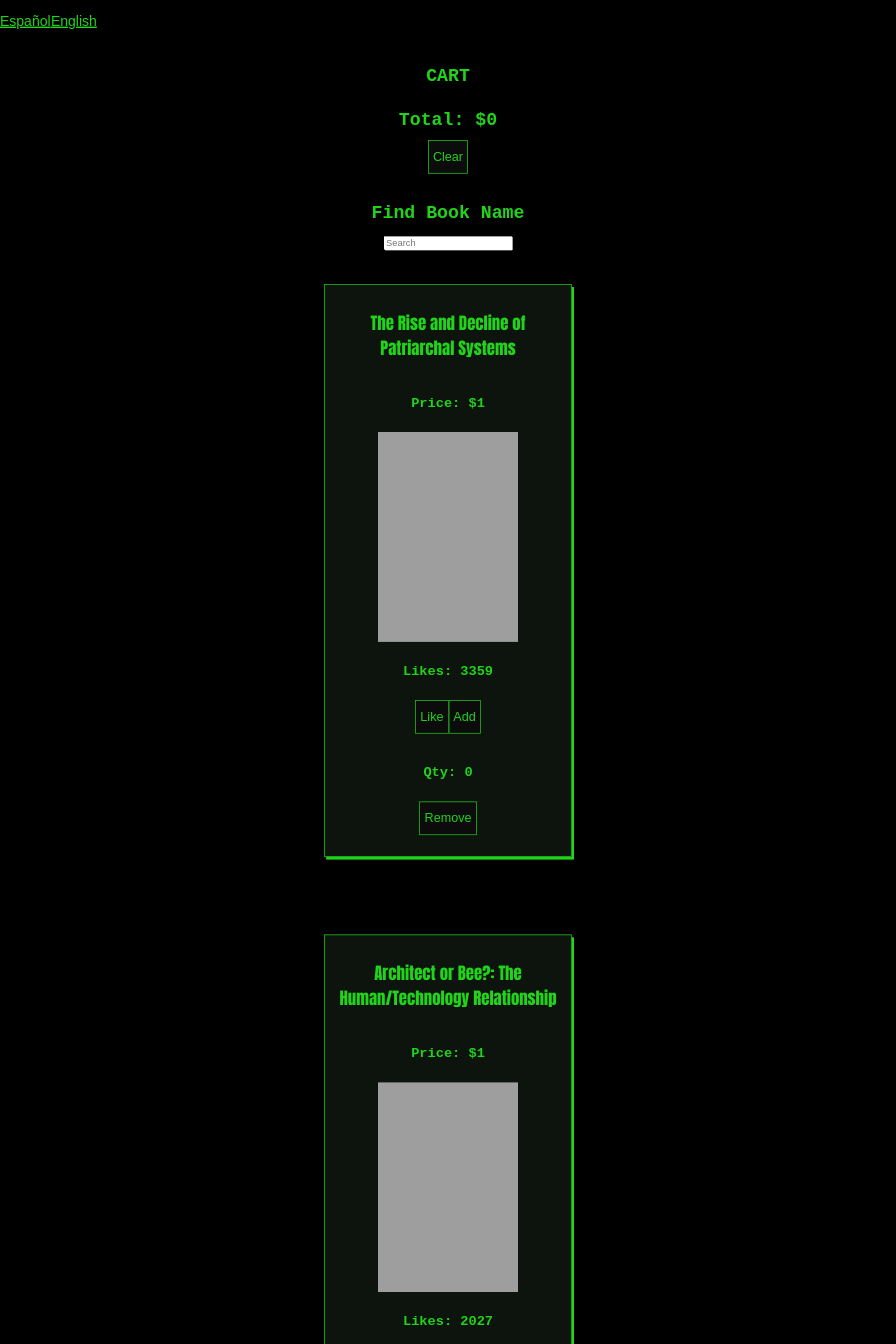
Repository: rvelarden/React-Hooks-UtopianTech-Bookstore
Page: / (app in utopiantech/)
These files come from the project's save history. The page is drawn as it stood at one moment and after the next save; the edit follows.
The browser window is 1280 px wide. The pictures show the part of the page from y = 0 to 1920 px (the page is 7790 px tall before and 8078 px after), at 70% of full size.
Pictures or frames that could not be fetched are drawn as grey boxes. The project was rebuilt for these pictures with package versions that can differ from the ones it lists, and the page was loaded fresh each time. A package was used in the major version that the imports need, not the one package.json lists. Also part of the build but not shown: utopiantech/src/components/Shop.js, utopiantech/src/components/Spanish.js.

Above is the page before, as saved 2021-11-24 14:48:51.

### utopiantech/src/App.js
import React from 'react';
import './App.css';
import { BrowserRouter as Router, Route, Switch } from 'react-router-dom'
import Shop from "./components/Shop";
import Spanish from "./components/Spanish"
import Navbar from "./components/Navbar"
import SearchBar from "./components/SearchBar";
import BookList from './components/BookList';

const allItems = [
  {
    id: 1,
    name: "The Rise and Decline of Patriarchal Systems",
    image: "https://img.thriftbooks.com/api/images/i/m/8ECA8C9BAF351D13622ADFFBFA8A5D4E2BAABAFF.jpg",
    likes: 3359,
    price: 1,
    category: 'Social Studies'
  },
  {
    id: 2,
    name: "Architect or Bee?: The Human/Technology Relationship",
    image: "https://i.pinimg.com/originals/73/73/d8/7373d864a3dcb4534dc00fda64483674.jpg",
    likes: 2027,
    price: 1,
    category: 'Social Studies'
  },
  {
    id: 3,
    name: "Utopia for Realists: How We Can Build the Ideal World",
    image: "https://images-na.ssl-images-amazon.com/images/I/51CJA6QHtKL._SY291_BO1,204,203,200_QL40_FMwebp_.jpg",
    likes: 813,
    price: 1,
    category: 'Computer Science'
  },
  {
    id: 4,
    name: "Ada's Algorithm: How Lord Byron's Daughter ADA Lovelace Launched the Digital Age",
    image: 'https://img.thriftbooks.com/api/images/m/0bb4a32fefff1ec9c627527f6feb36668f62783b.jpg',
    likes: 7777,
    price: 1,
    category: 'Computer Science'
  },
  {
    id: 5,
    name: "Turing's Vision: The Birth of Computer Science (The MIT Press)",
    image: "https://images-na.ssl-images-amazon.com/images/I/411cTz90bFL._SY291_BO1,204,203,200_QL40_FMwebp_.jpg",
    likes: 1000,
    price: 1,
    category: 'Computer Science'
  },
  {
    id: 6,
    name: "Alan Turing: The Enigma: The Centenary Edition",
    image: "https://img.thriftbooks.com/api/images/m/6da6b05beb1f54981b588ee2a84e6f0b13a436f9.jpg",
    likes: 2000,
    price: 1,
    category: 'Computer Science'
  },
  {
    id: 8,
    name: "Ada Lovelace: The Making of a Computer Scientist",
    image: "https://images-na.ssl-images-amazon.com/images/I/51G-h1wZ7xL._SX218_BO1,204,203,200_QL40_FMwebp_.jpg",
    likes: 2000,
    price: 1,
    category: 'Computer Science'
  },
  {
    id: 9,
    name: "If Then: How the Simulmatics Corporation Invented the Future",
    image: "https://images-na.ssl-images-amazon.com/images/I/41wf6nnKIBL._SY291_BO1,204,203,200_QL40_FMwebp_.jpg",
    likes: 8000,
    price: 1,
    category: 'Business'
  }
]

export default class App extends React.Component {


  state = {
    searchText: '',
    books: allItems
  }

  searchBarText = (allItems)=>{
    // console.log(allItems)
    this.setState({
      searchText: allItems
    })
  }
  render(){
    const filteredBooks = this.state.books.filter(filterBook => filterBook.name.toLowerCase().includes(this.state.searchText))
  return (
    <Router>
      <div>
        <Navbar/>
        <div>
        <Switch>
        <Route exact path="/">
        {/* <Shop /> */}
        <SearchBar searchBar={this.searchBarText} searchText={this.state.searchText}/>
        <BookList books={filteredBooks}/>
        </Route>
        <Route path="/spanish">
        <Spanish />
        </Route>
      </Switch>
    </div>
    </div>
    </Router>
  )
}

}

### utopiantech/src/App.css
body {
  margin: 0;
  /* font-family: monospace; */
  background-color: black;
}

#book-header {
  display: flex;
  justify-content: center;
  background: #20d41a;
  opacity: .8;
  height: 7rem;
  padding: 1rem;
}

#book-header img {
  height: 6rem;
  width: auto;
}

#book-collection {
  margin: 2rem;
}

.card {
  text-align: center;
  border: #20d41a solid 1px;
  padding: 1rem;
  width: 20rem;
  height: 49rem;
  display: inline-grid;
  margin: 3rem 5rem;
  box-shadow: 3px 4px #20d41a;
  background-color: #0d130d;
  /* font-family: monospace; */
}

.font-text{
  font-family: Impact, Haettenschweiler, 'Arial Narrow Bold', sans-serif;
  color: #20d41a;
}
.font-text-text{
  font-family: monospace;
  color: #20d41a;
  background-color: black;
}

.book-avatar {
  justify-self: center;
  height: 15rem;
  width: auto;

}
.color-white {
  color:#20d41a
}

button {
  position: relative;
  background-color: #0c0c0c;
  border: none;
  height: 3rem;
  width: max-content;
  color: #20d41a;
  font-size: 18px;
  justify-self: center;
  border: #20d41a solid 1px;
}

.buttonContainer {
  text-align: center;
  padding: 1rem;
}
.textleft {
  text-align: left;
  padding: 1rem;
}

button:hover {
  background-color: rgb(48, 46, 46);
  border: #20d41a solid 1px;
  color: 20d41a;
}

.container {
  padding: 1rem;
  width: stretch;
  height: auto;
  background: #20d41a;
  opacity: .8;
}

.add-book-form {
  width: 80%
}

.submit {
  position: relative;
  background-color: #20d41a;
  height: 2rem;
  width: max-content;
  color: #20d41a;
  font-size: 18px;
  justify-self: center;
  /* font-family: monospace; */
  margin: 3px;
}

.submit:hover {
  background-color: whitesmoke;
  border: #20d41a solid 1px;
  color: #20d41a;
}


.input-text {
  border-radius: 5px;
  height: 2rem;
  width: 60%;
  font-size: 18px;
  font-family: monospace;
  margin: 3px;
  color: #20d41a;
}

.center-text {
  text-align: center;
}

.center-button {
  /* margin: 0; */
  /* position: absolute; */
  /* top: 50%; */
  left: 50%;
  -ms-transform: translate(-50%, -50%);
  transform: translate(-50%, -50%);
}

a{
  /* left: 72%; */
  font-size: 20px;
  /* position:initial; */
  /* margin: 0; */
  font-family: sans-serif;
  /* padding: 0; */
  /* width: 100%; */
  /* display: inline; */
  /* outline: none; */
  /* text-decoration: none; */
  display: inline-block;
  width: 5.5%;
  margin-right: 0.625%;
  text-align: center;
  line-height: 3;
  color: #20d41a;
  margin-right: 0;
  /* background: whitesmokeow; */
  /* border: #1938e7 solid 1px; */
}

a:hover{
  color:#20d41a
}

### utopiantech/src/components/Navbar.js
import React, { Component } from 'react';

const Navbar = ()=>{
    const [cart, setCart] = React.useState([]);
    const cartTotal = cart.reduce((total, { price = 0 }) => total + price, 0);
    return(
        <div>
        <a href='/spanish' >Español</a>
        <a href='/' >English</a>

        <h1 className="center-text font-text-text textleft">CART</h1>
            <h1 className="center-text font-text-text">Total: ${cartTotal}</h1>
            <div>
            <br></br>
            <button className="center-button" onClick={() => setCart([])}>Clear</button>
            </div>
        </div>
    )
}

export default Navbar

### utopiantech/src/components/SearchBar.js
import React, { useCallback, useEffect, useState } from "react";




  const Search = (props) => {


    return (
      <div className="center-text font-text-text">

        <div className="bannersingle" >
              <h1>Find Book Name</h1>
          </div>
        <div >
          <input
           type="text"
           placeholder={"Search"}
           className="searchInput"
           onChange={(e) => props.searchBar(e.target.value)}
          />
        </div>

      </div>
    );
  };

  export default Search;

### utopiantech/src/components/BookList.js
import React, { Component } from "react"
import Book from "./Book.js"
import { Header, Button } from 'semantic-ui-react'

class BookList extends Component {


    render() {
    return (
        <div>
            {this.props.books.map(bookItem => <Book book={bookItem} />)}
        </div>


    )
      }
}

export default BookList

### utopiantech/src/components/Book.js
import React, { Component, useCallback } from 'react';


const allItems = [
    {
      id: 1,
      name: "The Rise and Decline of Patriarchal Systems",
      image: "https://img.thriftbooks.com/api/images/i/m/8ECA8C9BAF351D13622ADFFBFA8A5D4E2BAABAFF.jpg",
      likes: 3359,
      price: 1,
      category: 'Social Studies'
    },
    {
      id: 2,
      name: "Architect or Bee?: The Human/Technology Relationship",
      image: "https://i.pinimg.com/originals/73/73/d8/7373d864a3dcb4534dc00fda64483674.jpg",
      likes: 2027,
      price: 1,
      category: 'Social Studies'
    },
    {
      id: 3,
      name: "Utopia for Realists: How We Can Build the Ideal World",
      image: "https://images-na.ssl-images-amazon.com/images/I/51CJA6QHtKL._SY291_BO1,204,203,200_QL40_FMwebp_.jpg",
      likes: 813,
      price: 1,
      category: 'Computer Science'
    },
    {
      id: 4,
      name: "Ada's Algorithm: How Lord Byron's Daughter ADA Lovelace Launched the Digital Age",
      image: 'https://img.thriftbooks.com/api/images/m/0bb4a32fefff1ec9c627527f6feb36668f62783b.jpg',
      likes: 7777,
      price: 1,
      category: 'Computer Science'
    },
    {
      id: 5,
      name: "Turing's Vision: The Birth of Computer Science (The MIT Press)",
      image: "https://images-na.ssl-images-amazon.com/images/I/411cTz90bFL._SY291_BO1,204,203,200_QL40_FMwebp_.jpg",
      likes: 1000,
      price: 1,
      category: 'Computer Science'
    },
    {
      id: 6,
      name: "Alan Turing: The Enigma: The Centenary Edition",
      image: "https://img.thriftbooks.com/api/images/m/6da6b05beb1f54981b588ee2a84e6f0b13a436f9.jpg",
      likes: 2000,
      price: 1,
      category: 'Computer Science'
    },
    {
      id: 8,
      name: "Ada Lovelace: The Making of a Computer Scientist",
      image: "https://images-na.ssl-images-amazon.com/images/I/51G-h1wZ7xL._SX218_BO1,204,203,200_QL40_FMwebp_.jpg",
      likes: 2000,
      price: 1,
      category: 'Computer Science'
    },
    {
      id: 9,
      name: "If Then: How the Simulmatics Corporation Invented the Future",
      image: "https://images-na.ssl-images-amazon.com/images/I/41wf6nnKIBL._SY291_BO1,204,203,200_QL40_FMwebp_.jpg",
      likes: 8000,
      price: 1,
      category: 'Business'
    }
  ]


const Book = (props) => {
    const [cart, setCart] = React.useState([]);
    const [items, setItems] = React.useState(allItems)
    const [text, setText] = React.useState(false)
    const addToCart = (item) => setCart((currentCart) => [...currentCart, item])
    // const cartTotal = cart.reduce((total, { price = 0 }) => total + price, 0);

    const removeFromCart = (item) => {
        setCart((currentCart) => {
          const indexOfItemToRemove = currentCart.findIndex((cartItem) => cartItem.id === item.id);

          if (indexOfItemToRemove === -1) {
            return currentCart;
          }

          return [
            ...currentCart.slice(0, indexOfItemToRemove),
            ...currentCart.slice(indexOfItemToRemove + 1),
          ];
        });
      };

      const amountOfItems = (id) => cart.filter((item) => item.id === id).length;

    const updateLike = useCallback(

        (item) => {
         setItems(items.map(indItem => {
            if (indItem !== item) {
              return indItem
            } else {
              return {...item, likes: item.likes + 1}
            }
          }))
      },
      [], // Tells React to memoize regardless of arguments.
      )


      return(
            <div className="center-text font-text-text">
            <div  key={props.book.id} className="card">
            <div className="font-text"><h2>{`${props.book.name}`}</h2></div>
            <h2>{`Price: $${props.book.price}`}</h2>
            <img src={props.book.image} style={{ width: "200px", height: "300px", objectFit: "cover" }} className="book-avatar" />
            <h2>Likes: {props.book.likes}</h2>
            <div>
            <button disable={items.disable} text={items.text} onClick={()=> updateLike(props.book)}> {text ? "Liked!" : "Like"} </button>
            <button type="submit" onClick={() => addToCart(props.book)}> Add </button>
            </div>
            <div>

            </div>
            <h2>Qty: {amountOfItems(props.book.id)}</h2>
            <button type="submit" onClick={() => removeFromCart(props.book)}> Remove </button>
            </div>
            {/* <h1 className="center-text font-text-text">CART</h1>  */}
            {/* <h1 className="center-text font-text-text">Total: ${cartTotal}</h1> */}
            <div>
            <br></br>
            {/* <button className="center-button" onClick={() => setCart([])}>Clear</button> */}
            </div>
            </div>
      )
    }

  export default Book

Loaded but not shown: utopiantech/public/index.html (common file); utopiantech/src/index.js (common file); utopiantech/src/index.css (common file); utopiantech/src/reportWebVitals.js (common file)

After the next save:
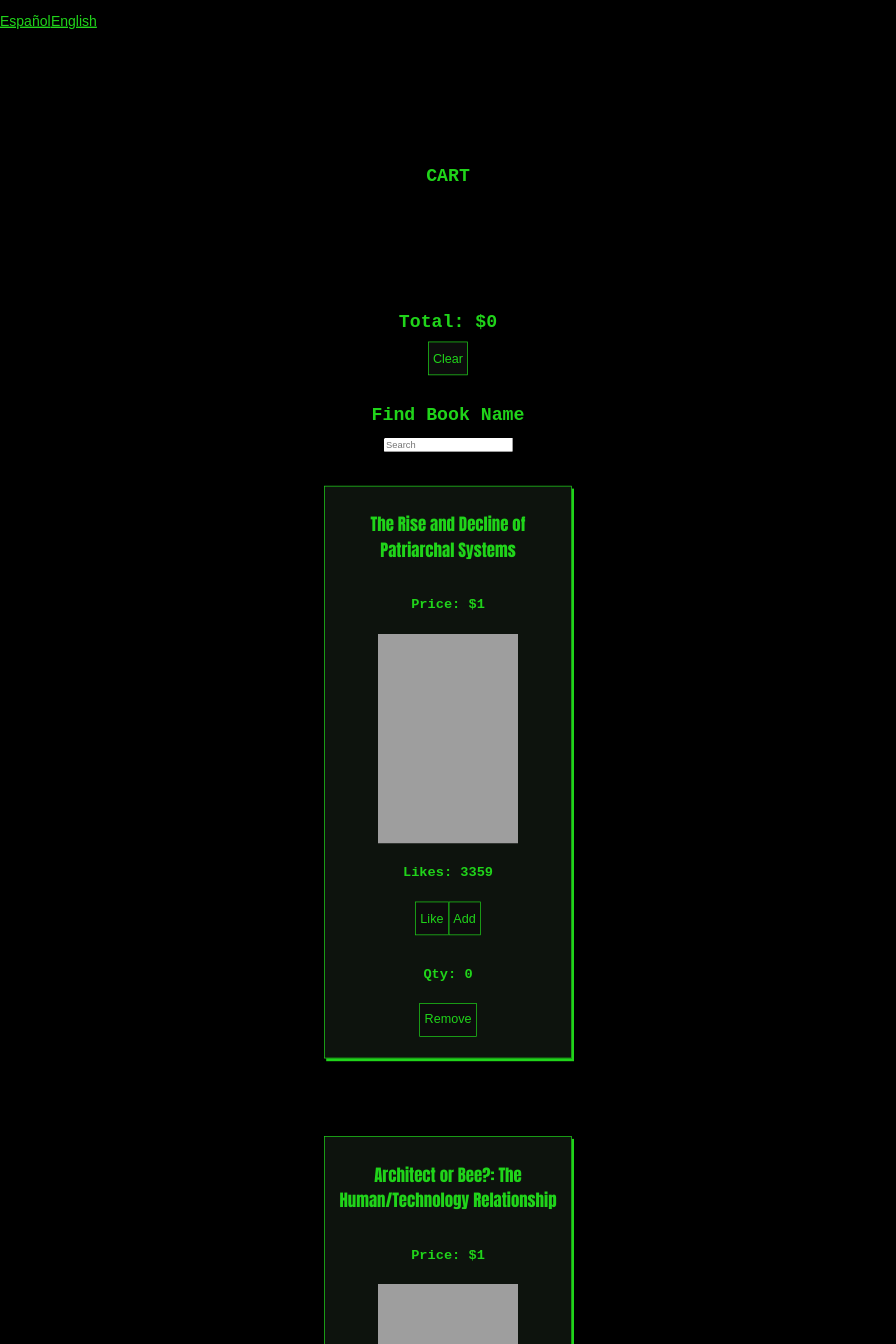
Saved 6 s later.
--- a/utopiantech/src/App.css
+++ b/utopiantech/src/App.css
@@ -73,7 +73,7 @@ button {
 }
 .textleft {
   text-align: left;
-  padding: 1rem;
+  padding: 10rem;
 }
 
 button:hover {
